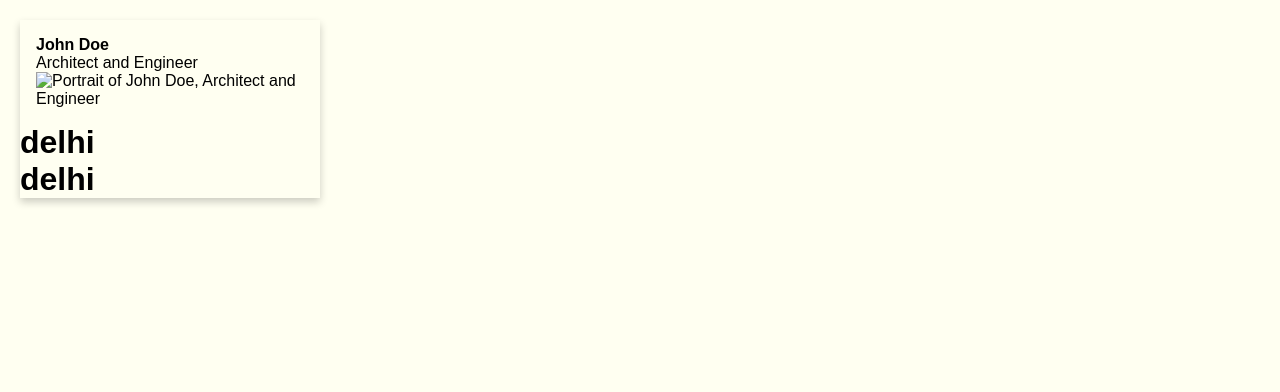
Repository: Muskan1Kumari4draw/React-app-with-concept
Page: /
An editor plug-in stored every save of this project. The page is shown before and after the next save, followed by the edit.
The browser window is 1280 px wide. The pictures show the whole page.
The project was rebuilt for these pictures with package versions that can differ from the ones it lists, and the page was loaded fresh each time.

Above is the page before, as saved 2024-09-29 14:45:05.

### src/App.js
import React from 'react';
import Restaurant from  "./component/Basic/Restaurant";
const App = () => {
  return <Restaurant/> ;
};

export default App

### src/component/Basic/Restaurant.js
import React from 'react';
import "./style.css";
import data from './restaurant.json'
const Restaurant = () => {
  return (
    <>
      <div className="card">
        <div className="container">
          <span className="card-title"><b>John Doe</b></span>
          <p className="description">Architect and Engineer</p>
          <img  alt="Portrait of John Doe, Architect and Engineer" />
        </div>
      <div>
        {
          data.map((item, index) =>{
            return (
              <div key ={index}>
                <h1>{item.placeName}</h1>
              </div>
            )
          })
        }
      </div>
      </div>
    </>
  );
};

export default Restaurant;

### src/component/Basic/style.css
* {
  margin: 0;
  padding: 0;
  box-sizing: border-box;
}

body {
  background: rgb(255, 255, 241);
  font-family: Arial, sans-serif;
}

/* Navbar Styling */
.navbar {
  margin: auto;
  background: #fff;
  height: 50px;
  box-shadow: 0 4px 8px 0 rgba(0, 0, 0, 0.2);
  display: flex;
  justify-content: center;
  align-items: center;
}

.menu-nav {
  display: flex;
  justify-content: center;
}

.navbar a {
  color: #333;
  text-align: center;
  padding: 14px 16px;
  text-decoration: none;
  font-size: 17px;
  margin: auto;
}

/* Card Styling */
.card {
  box-shadow: 0 4px 8px 0 rgba(0, 0, 0, 0.2);
  transition: 0.3s;
  width: 300px;
  height: auto;
  margin: 20px;
}

.card:hover {
  box-shadow: 0 8px 16px 0 rgba(0, 0, 0, 0.2);
}

.container {
  padding: 16px;
}

.container img {
  width: 100%;
  height: auto;
  display: block;
}

.section-div {
  display: flex;
  flex-wrap: wrap;
  justify-content: center;
  align-items: center;
}

/* Responsive Media Queries */
@media screen and (max-width: 768px) {
  /* Stack the navbar links vertically on small screens */
  .navbar {
    flex-direction: column;
    height: auto;
  }

  .menu-nav {
    flex-direction: column;
  }

  .navbar a {
    padding: 10px;
    font-size: 15px;
    margin: 5px 0;
  }

  /* Adjust card layout on small screens */
  .card {
    width: 90%;
    margin: 10px;
  }

  /* Adjust font size and padding */
  .container {
    padding: 10px;
  }
}

@media screen and (max-width: 480px) {
  /* Further adjustments for very small screens */
  .navbar a {
    font-size: 14px;
    padding: 8px;
  }

  .card {
    width: 100%;
    margin: 10px;
  }

  .container h4 {
    font-size: 18px;
  }

  .container p {
    font-size: 14px;
  }
}  * {
      margin: 0;
      padding: 0;
      box-sizing: border-box;
    }

    body {
      background: rgb(255, 255, 241);
      font-family: Arial, sans-serif;
    }

    /* Navbar Styling */
    .navbar {
      margin: auto;
      background: #fff;
      height: 50px;
      box-shadow: 0 4px 8px 0 rgba(0, 0, 0, 0.2);
      display: flex;
      justify-content: center;
      align-items: center;
    }

    .menu-nav {
      display: flex;
      justify-content: center;
    }

    .navbar a {
      color: #333;
      text-align: center;
      padding: 14px 16px;
      text-decoration: none;
      font-size: 17px;
      margin: auto;
    }

    /* Card Styling */
    .card {
      box-shadow: 0 4px 8px 0 rgba(0, 0, 0, 0.2);
      transition: 0.3s;
      width: 300px;
      height: auto;
      margin: 20px;
    }

    .card:hover {
      box-shadow: 0 8px 16px 0 rgba(0, 0, 0, 0.2);
    }

    .container {
      padding: 16px;
    }

    .container img {
      width: 100%;
      height: auto;
      display: block;
    }

    .section-div {
      display: flex;
      flex-wrap: wrap;
      justify-content: center;
      align-items: center;
    }

    /* Responsive Media Queries */
    @media screen and (max-width: 768px) {
      /* Stack the navbar links vertically on small screens */
      .navbar {
        flex-direction: column;
        height: auto;
      }

      .menu-nav {
        flex-direction: column;
      }

      .navbar a {
        padding: 10px;
        font-size: 15px;
        margin: 5px 0;
      }

      /* Adjust card layout on small screens */
      .card {
        width: 90%;
        margin: 10px;
      }

      /* Adjust font size and padding */
      .container {
        padding: 10px;
      }
    }

    @media screen and (max-width: 480px) {
      /* Further adjustments for very small screens */
      .navbar a {
        font-size: 14px;
        padding: 8px;
      }

      .card {
        width: 100%;
        margin: 10px;
      }

      .container h4 {
        font-size: 18px;
      }

      .container p {
        font-size: 14px;
      }
    }

### src/component/Basic/restaurant.json
[
  {
    "placeName":"delhi",
    "Monument":"TAj Mahal",
    "id":1
  },
  {
    "placeName":"delhi",
    "Monument":"TAj Mahal",
    "id":2
  }
]

Loaded but not shown: public/index.html (common file); src/index.js (common file); src/reportWebVitals.js (common file)

After the next save:
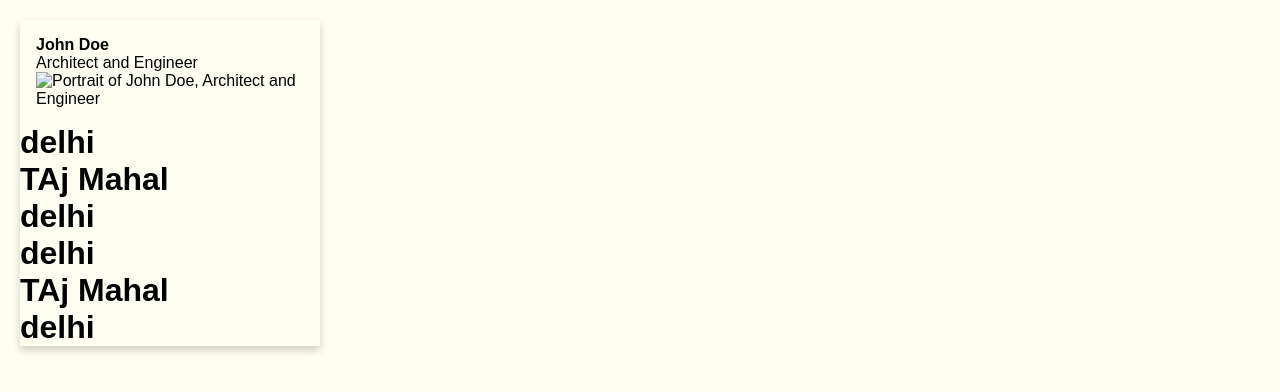
Saved 16 s later.
--- a/src/component/Basic/Restaurant.js
+++ b/src/component/Basic/Restaurant.js
@@ -16,6 +16,8 @@
             return (
               <div key ={index}>
                 <h1>{item.placeName}</h1>
+                <h1>{item.Monument}</h1>
+                <h1>{item.placeName}</h1>
               </div>
             )
           })
